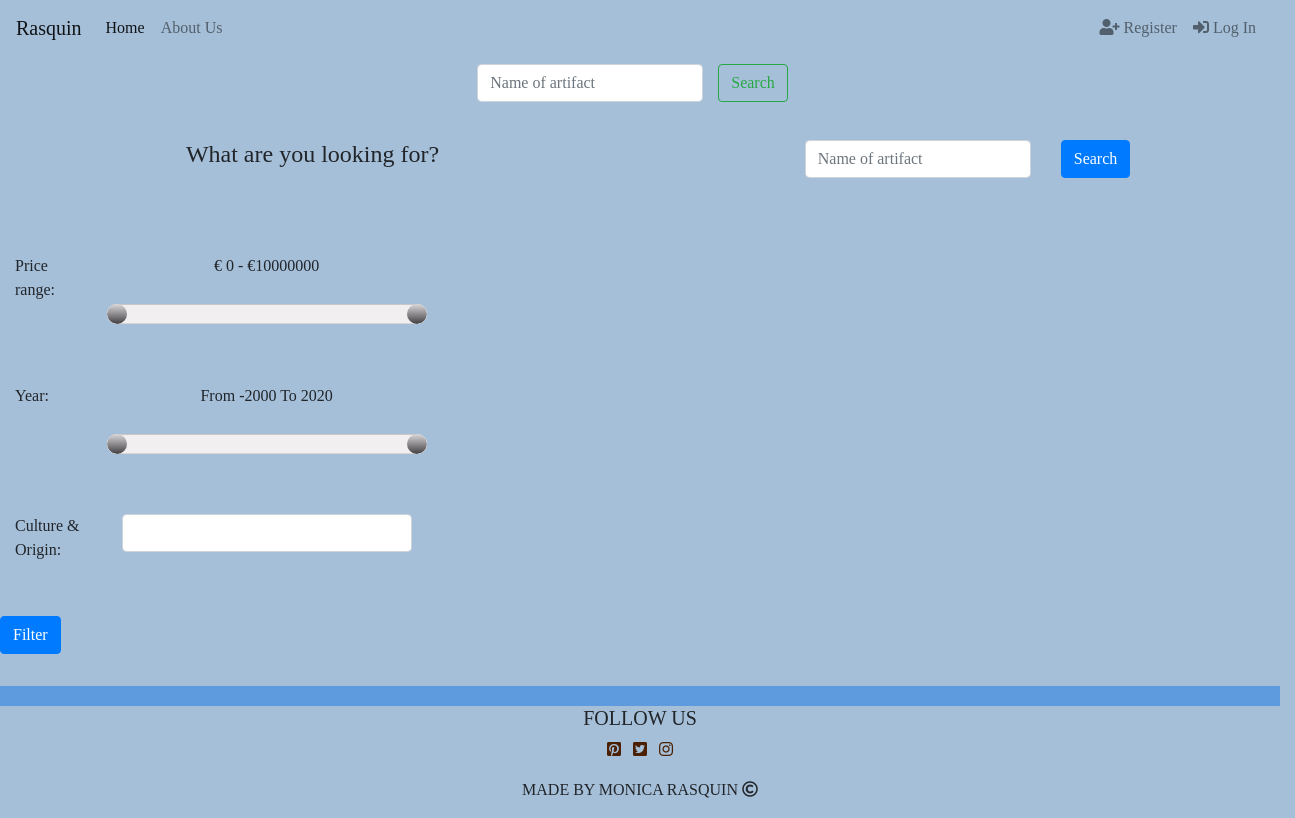
Repository: Rasquin/auction
Page: templates/base.html
The author's editor kept a record of every edit. The page is drawn from the files as they stood at one moment, then again after the next edit.
The browser window is 1280 px wide. The page is 1295 px wide, so the pictures cover 1295 px, including what lies to the right of the window. The pictures show the whole page.
The template is drawn by Django 2.2. The application's start-up code is not run. The template is opened directly, without the code that normally fills it, so the values that code supplies are empty.

Above is the page before.

After the next edit:
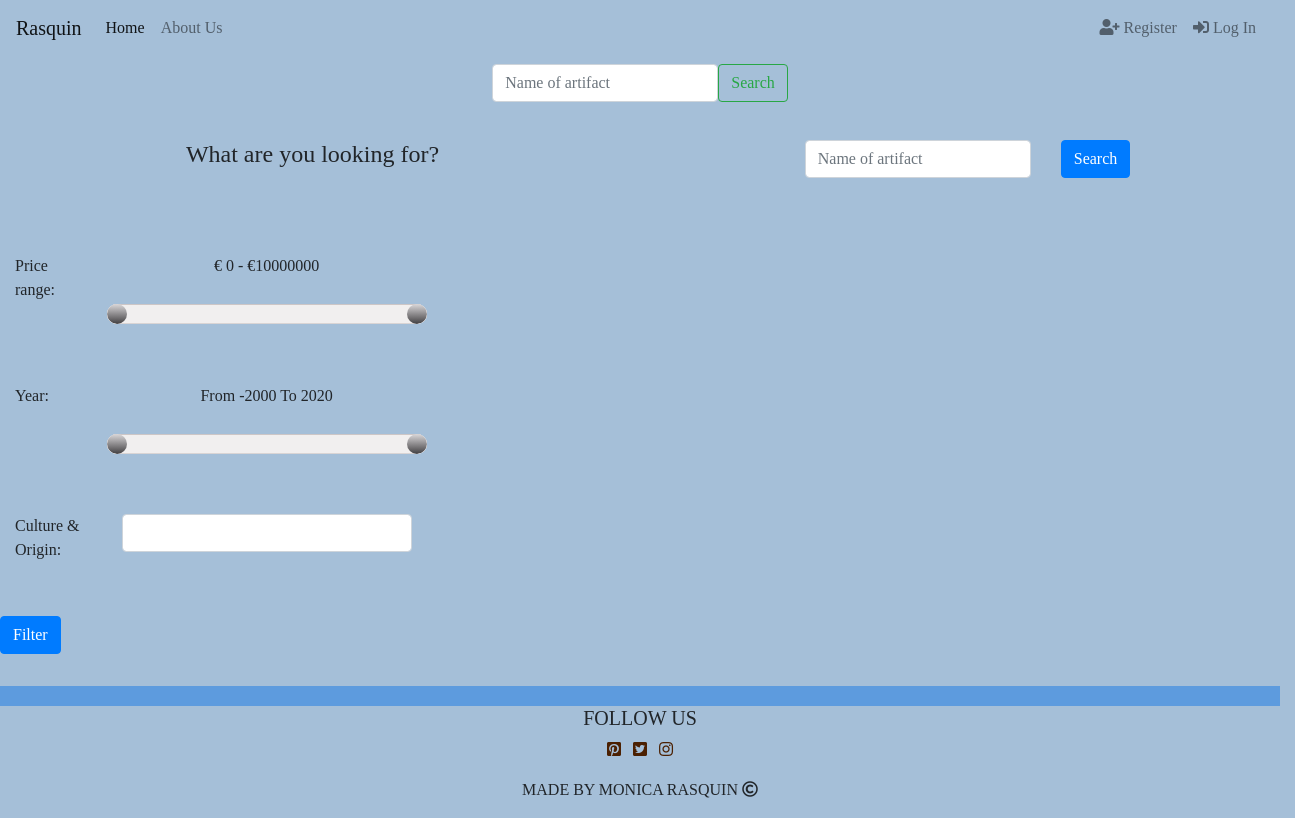
The edit:
--- a/templates/base.html
+++ b/templates/base.html
@@ -86,7 +86,7 @@
                     <div class="">
                         <input type="text" class="form-control" id="artifact_name" name="artifact_name" required placeholder="Name of artifact">
                     </div>
-                    <div class="col-auto">
+                    <div class="">
                         <button class="btn btn-outline-success  my-2 my-sm-0" type="search">Search</button>
                     </div>
                 </div>
